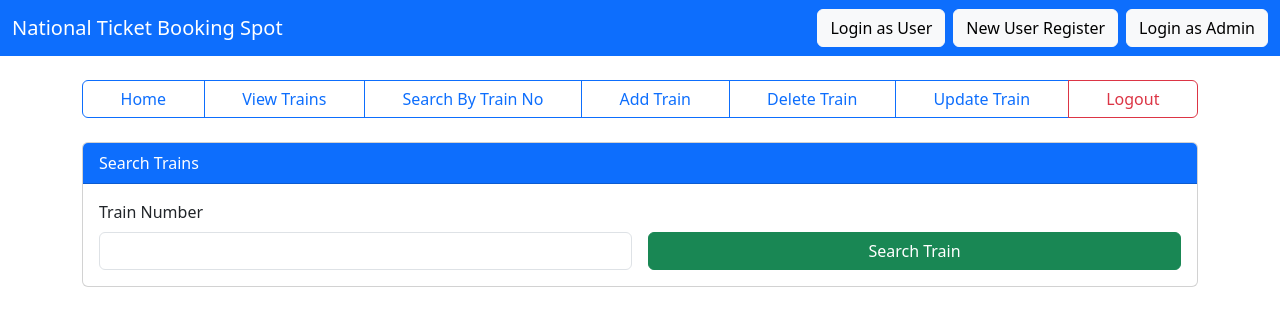
Repository: PrathamSahani/TMS-Sprint2
Page: http://localhost/TMS/AdminSearchTrain.jsp
An editor plug-in stored every save of this project. The page is shown before and after the next save, followed by the edit.
The browser window is 1280 px wide. The pictures show the whole page.
The page is served by Tomcat 10. Other server files are loaded and not shown. The template is opened directly, without the code that normally fills it, so the values that code supplies are empty.

Above is the page before, as saved 2025-04-23 16:42:06.

### Update/TMS/src/main/webapp/AdminSearchTrain.jsp
<%@ page language="java" contentType="text/html; charset=UTF-8"
    pageEncoding="UTF-8"%>
<%@ page import="com.tms.beans.TrainBean" %>
<%
    TrainBean train = (TrainBean) request.getAttribute("train");
    String trainNo = (String) request.getAttribute("trainNo");
%>
<!DOCTYPE html>
<html>
<head>
    <meta charset="UTF-8">
    <title>Search Train - Admin</title>
    <link href="https://cdn.jsdelivr.net/npm/bootstrap@5.3.2/dist/css/bootstrap.min.css" rel="stylesheet">
</head>
<body>

    <!-- Navigation Bar -->
    <nav class="navbar navbar-expand-lg navbar-dark bg-primary">
        <div class="container-fluid">
            <a class="navbar-brand" href="#">National Ticket Booking Spot</a>
            <div class="d-flex">
                <a class="btn btn-light me-2" href="UserLogin.jsp">Login as User</a>
                <a class="btn btn-light me-2" href="UserRegister.jsp">New User Register</a>
                <a class="btn btn-light" href="AdminLogin.jsp">Login as Admin</a>
            </div>
        </div>
    </nav>

    <div class="container mt-4">
        <nav class="mb-4">
            <div class="btn-group w-100" role="group">
                <a href="AdminHome.jsp" class="btn btn-outline-primary">Home</a>
                <a href="adminviewtrainfwd" class="btn btn-outline-primary">View Trains</a>
                <a href="adminsearchtrainfwd" class="btn btn-outline-primary">Search By Train No</a>
                <a href="addtrainfwd" class="btn btn-outline-primary">Add Train</a>
                <a href="cancletrainfwd" class="btn btn-outline-primary">Delete Train</a>
                <a href="updatetrain" class="btn btn-outline-primary">Update Train</a>
                <a href="adminlogout" class="btn btn-outline-danger">Logout</a>
            </div>
        </nav>

        <div class="card">
            <div class="card-header bg-primary text-white">
                Search Trains
            </div>
            <div class="card-body">
                <form action="adminsearchtrain" method="post" class="row g-3">
                    <div class="col-md-6">
                        <label for="trainnumber" class="form-label">Train Number</label>
                        <input type="text" name="trainnumber" id="trainnumber" class="form-control" required>
                    </div>
                    <div class="col-md-6 d-flex align-items-end">
                        <button type="submit" class="btn btn-success w-100">Search Train</button>
                    </div>
                </form>
            </div>
        </div>

        <% if (train != null) { %>
            <div class="card mt-4">
                <div class="card-header bg-success text-white">
                    Searched Train Details
                </div>
                <div class="card-body">
                    <table class="table table-bordered">
                        <tr><th>Train Name</th><td><%= train.getTr_name() %></td></tr>
                        <tr><th>Train Number</th><td><%= train.getTr_no() %></td></tr>
                        <tr><th>From Station</th><td><%= train.getFrom_stn() %></td></tr>
                        <tr><th>To Station</th><td><%= train.getTo_stn() %></td></tr>
                        <tr><th>Available Seats</th><td><%= train.getSeats() %></td></tr>
                        <tr><th>Fare (INR)</th><td><%= train.getFare() %> RS</td></tr>
                    </table>
                </div>
            </div>
        <% } else if (trainNo != null) { %>
            <div class="alert alert-warning mt-4" role="alert">
                Train No. <strong><%= trainNo %></strong> is not available!
            </div>
        <% } %>
    </div>
</body>
</html>

After the next save:
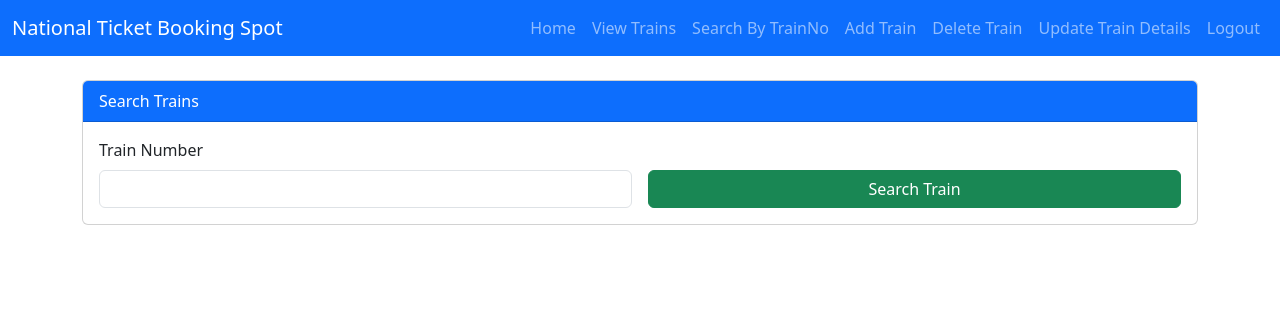
Saved 96 s later.
--- a/Update/TMS/src/main/webapp/AdminSearchTrain.jsp
+++ b/Update/TMS/src/main/webapp/AdminSearchTrain.jsp
@@ -13,32 +13,31 @@
     <link href="https://cdn.jsdelivr.net/npm/bootstrap@5.3.2/dist/css/bootstrap.min.css" rel="stylesheet">
 </head>
 <body>
-
-    <!-- Navigation Bar -->
+    <!-- Bootstrap Navbar -->
     <nav class="navbar navbar-expand-lg navbar-dark bg-primary">
         <div class="container-fluid">
             <a class="navbar-brand" href="#">National Ticket Booking Spot</a>
-            <div class="d-flex">
-                <a class="btn btn-light me-2" href="UserLogin.jsp">Login as User</a>
-                <a class="btn btn-light me-2" href="UserRegister.jsp">New User Register</a>
-                <a class="btn btn-light" href="AdminLogin.jsp">Login as Admin</a>
+            <button class="navbar-toggler" type="button" data-bs-toggle="collapse"
+                    data-bs-target="#navbarNav" aria-controls="navbarNav"
+                    aria-expanded="false" aria-label="Toggle navigation">
+                <span class="navbar-toggler-icon"></span>
+            </button>
+
+            <div class="collapse navbar-collapse justify-content-end" id="navbarNav">
+                <ul class="navbar-nav">
+                    <li class="nav-item"><a class="nav-link" href="AdminHome.jsp">Home</a></li>
+                    <li class="nav-item"><a class="nav-link" href="adminviewtrainfwd">View Trains</a></li>
+                    <li class="nav-item"><a class="nav-link" href="adminsearchtrainfwd">Search By TrainNo</a></li>
+                    <li class="nav-item"><a class="nav-link" href="addtrainfwd">Add Train</a></li>
+                    <li class="nav-item"><a class="nav-link" href="cancletrainfwd">Delete Train</a></li>
+                    <li class="nav-item"><a class="nav-link" href="updatetrain">Update Train Details</a></li>
+                    <li class="nav-item"><a class="nav-link" href="adminlogout">Logout</a></li>
+                </ul>
             </div>
         </div>
     </nav>
 
     <div class="container mt-4">
-        <nav class="mb-4">
-            <div class="btn-group w-100" role="group">
-                <a href="AdminHome.jsp" class="btn btn-outline-primary">Home</a>
-                <a href="adminviewtrainfwd" class="btn btn-outline-primary">View Trains</a>
-                <a href="adminsearchtrainfwd" class="btn btn-outline-primary">Search By Train No</a>
-                <a href="addtrainfwd" class="btn btn-outline-primary">Add Train</a>
-                <a href="cancletrainfwd" class="btn btn-outline-primary">Delete Train</a>
-                <a href="updatetrain" class="btn btn-outline-primary">Update Train</a>
-                <a href="adminlogout" class="btn btn-outline-danger">Logout</a>
-            </div>
-        </nav>
-
         <div class="card">
             <div class="card-header bg-primary text-white">
                 Search Trains
@@ -78,5 +77,7 @@
             </div>
         <% } %>
     </div>
+
+    <script src="https://cdn.jsdelivr.net/npm/bootstrap@5.3.2/dist/js/bootstrap.bundle.min.js"></script>
 </body>
 </html>
